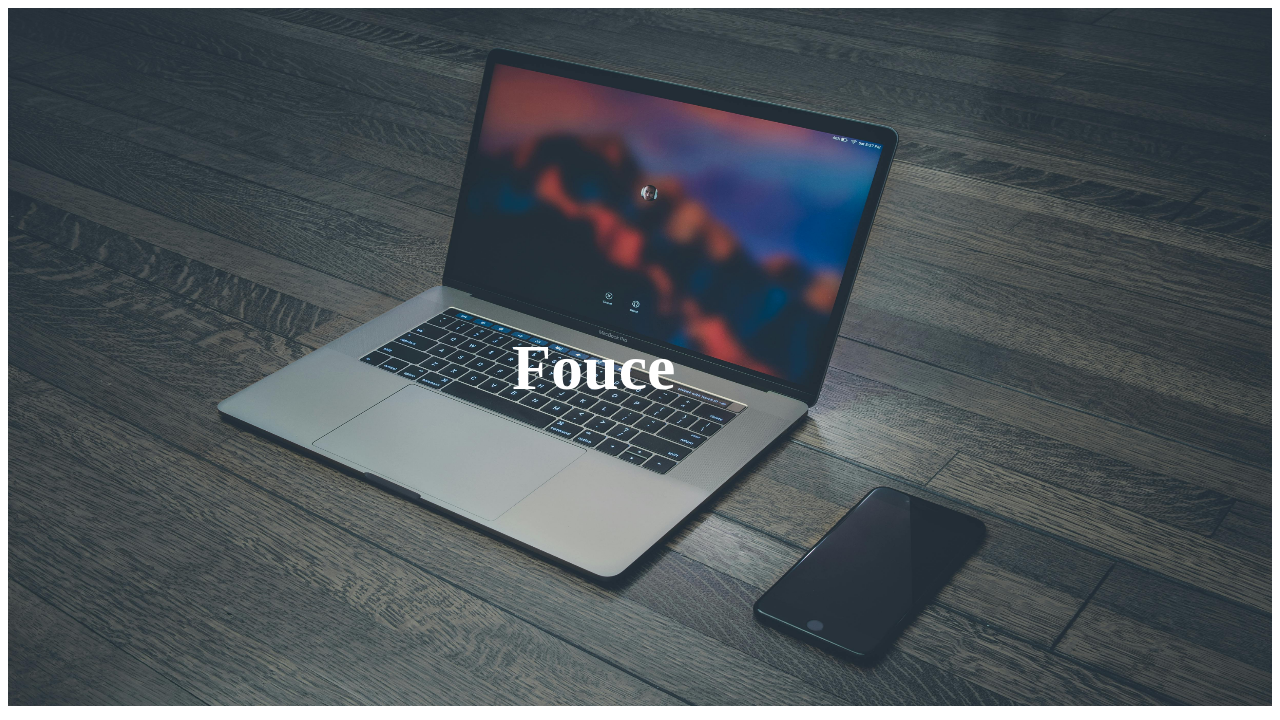
Repository: MrHadSheanas/Image_Fouce
Page: index.html
These files come from the project's save history. The page is drawn as it stood at one moment and after a run of saves; the edit follows.
The browser window is 1280 px wide. The pictures show the whole page.

Above is the page before, as saved 2025-09-06 06:52:54.

### index.html
<!DOCTYPE html>
<html lang="en">
<head>
   <meta charset="UTF-8">
   <meta name="viewport" content="width=device-width, initial-scale=1.0">
   <title>Document</title>
   <link rel="stylesheet" href="style.css">
</head>
<body>

 <img src="pexels-veeterzy-303383.jpg" alt="">
  <h1>Fouce</h1>


</body>
</html>

### style.css
img{
   position: relative;
   width: 100%;
   height:97vh;
   display: flex;


}
h1{
   position: absolute;
   top:40vh;
   left: 40%;
   font-size: 4em;
   color: white;
   transition: all 2s;


}

After the next 6 saves:
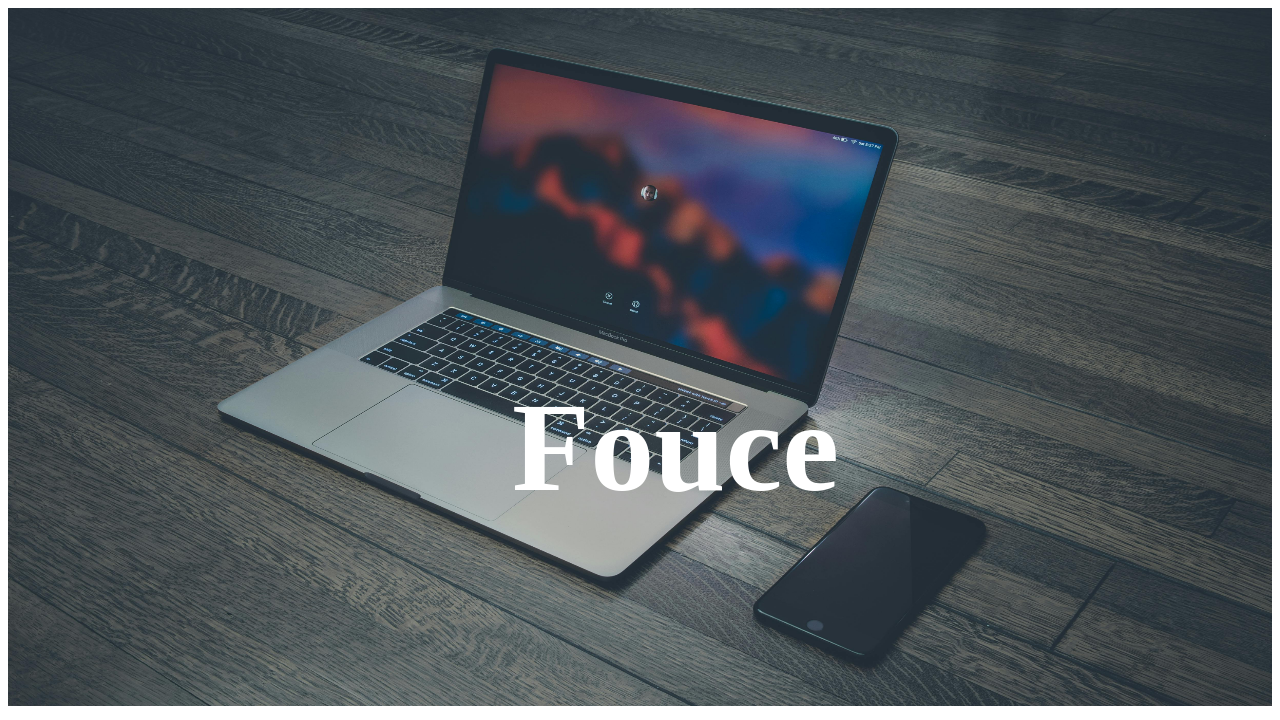
The 6 saves are shown as one change because they came seconds apart.
The last was saved 19 s later.
--- a/style.css
+++ b/style.css
@@ -10,7 +10,8 @@
    position: absolute;
    top:40vh;
    left: 40%;
-   font-size: 4em;
+   font-size: 8em;
+   font-weight: 800;
    color: white;
    transition: all 2s;
 
